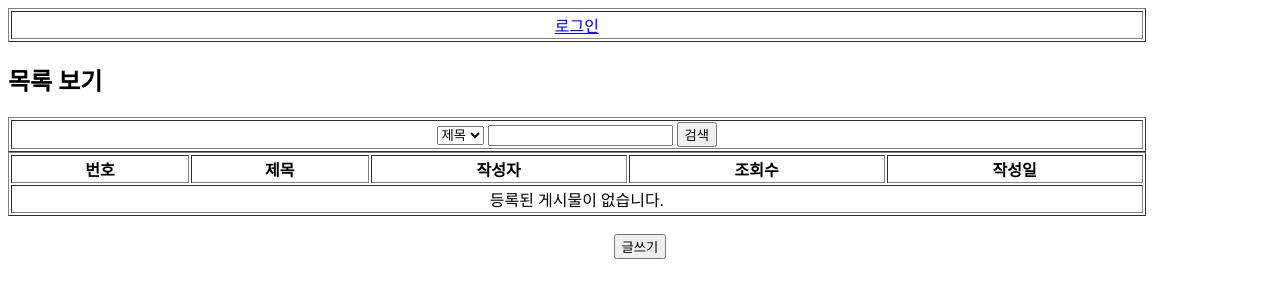
Repository: hyojinx/JspStudy
Page: http://localhost/jspstudy/08M1Board/List.jsp
An editor plug-in stored every save of this project. The page is shown before and after the next save, followed by the edit.
The browser window is 1280 px wide. The pictures show the whole page.
The page is served by Tomcat 9. Queries for data that is not in the repository find no rows.

Above is the page before, as saved 2023-04-06 05:37:55.

After the next save:
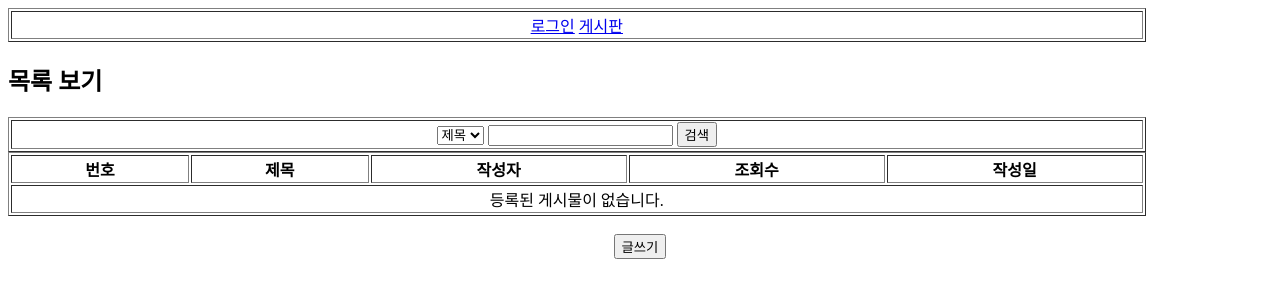
Saved 5 min 29 s later.
--- a/jspstudy/src/main/webapp/common/Top.jsp
+++ b/jspstudy/src/main/webapp/common/Top.jsp
@@ -8,6 +8,7 @@
 		<% }else{ %>
 			<a href="../07LogInOutPrac/Logout.jsp">로그아웃</a>
 		<%} %>
+		<a href="../08M1Board/List.jsp">게시판</a>
 		</td>
 	</tr>
 </table>
